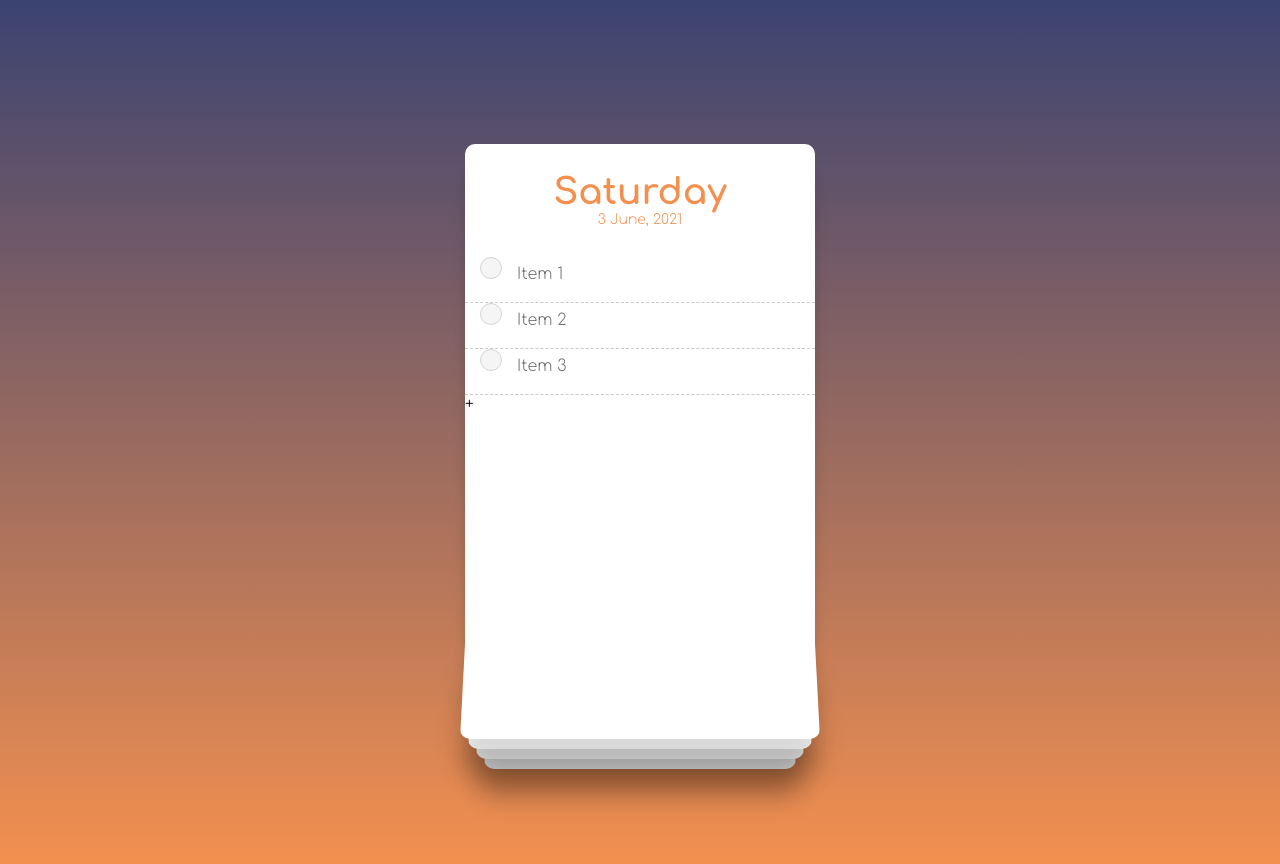
Repository: Colo-Codes/mini-projects
Page: todo-app/index.html
The author's editor kept a copy of each file at every save. The page is drawn from the files as they stood at one save, then again after the next save.
The browser window is 1280 px wide. The pictures show the whole page.

Above is the page before, as saved 2021-07-04 12:15:03.

After the next save:
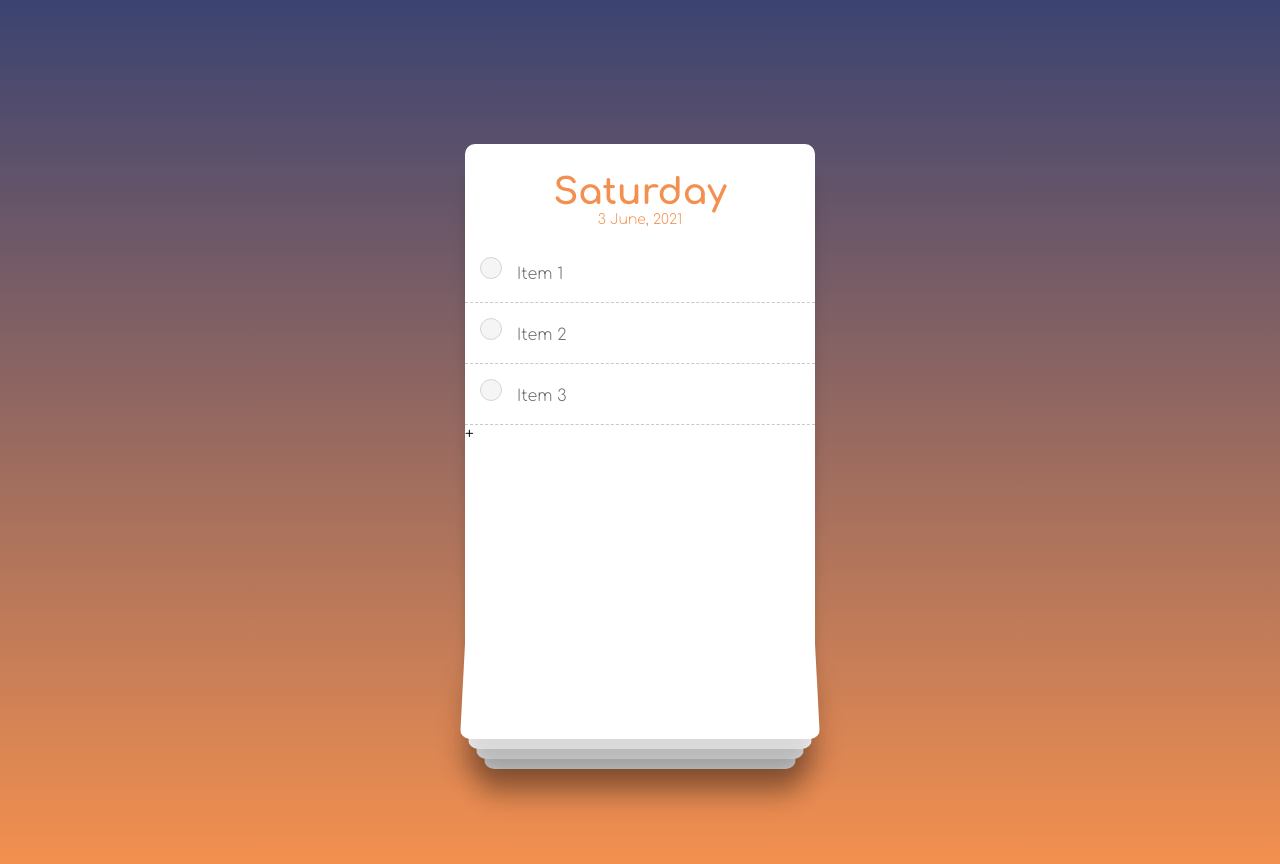
Saved 4 s later.
--- a/todo-app/css/index.css
+++ b/todo-app/css/index.css
@@ -127,7 +127,7 @@ div [id^='sheet-'] {
     border-bottom: 1px dashed #c9c9c9;
     margin: auto 0;
     list-style: none;
-    /* margin-top: 15px; */
+    margin-top: 15px;
 }
 
 .todo--tasks-list--item--checkbox {
